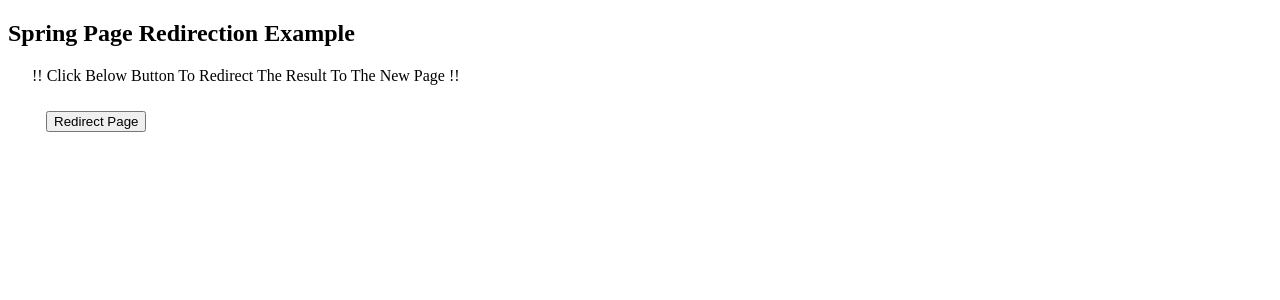
Repository: nikset/SCRS
Page: http://localhost/springmvchelloworld/pages/welcome.jsp
These files come from the project's save history. The page is drawn as it stood at one moment and after the next save; the edit follows.
The browser window is 1280 px wide. The pictures show the whole page.
The page is served by Tomcat 9. Nobody is signed in. The application's start-up code is not run. The template is opened directly, without the code that normally fills it, so the values that code supplies are empty.

Above is the page before, as saved 2018-06-23 11:49:27.

After the next save:
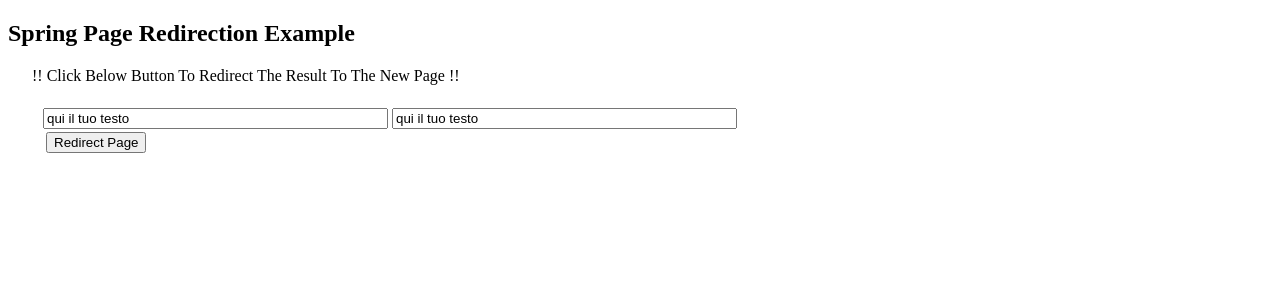
Saved 3 h 28 min later.
--- a/springmvchelloworld/src/main/webapp/pages/welcome.jsp
+++ b/springmvchelloworld/src/main/webapp/pages/welcome.jsp
@@ -11,6 +11,11 @@
     <div id="welcomeTextDiv">
         <span id="btnText" style="padding-left: 24px;">!! Click Below Button To Redirect The Result To The New Page !!</span>
         <div id="redirectBtnTable" style="padding: 23px 0px 0px 35px;">
+
+        <input name="username" type="text" value="qui il tuo testo" size="40" maxlength="200" />
+        <input name="password" type="text" value="qui il tuo testo" size="40" maxlength="200" />
+
+
             <form:form id="redirectionForm" action="redirect_page" method="GET">
                 <table>
                     <tbody>
